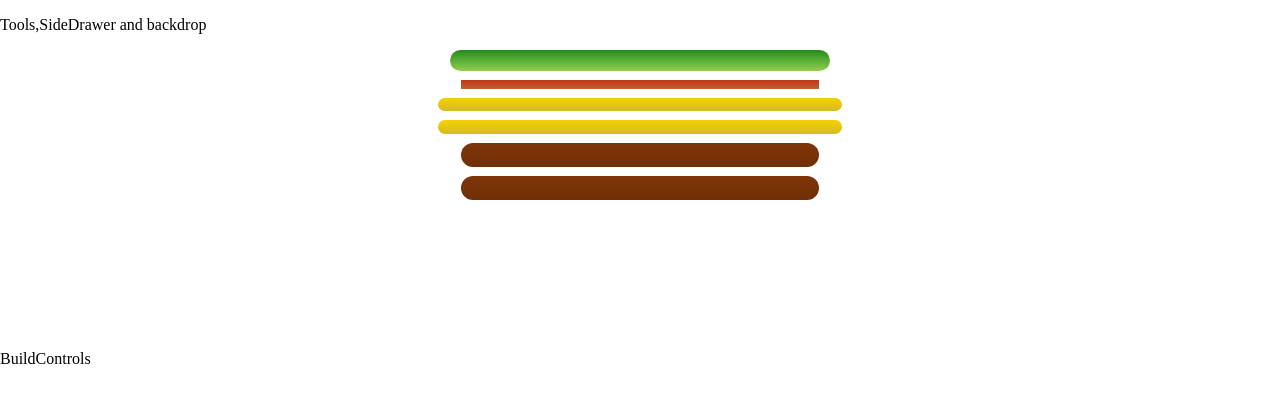
Repository: PiyushRajmsit/React-Burger-Building-App
Page: /
An editor plug-in stored every save of this project. The page is shown before and after the next save, followed by the edit.
The browser window is 1280 px wide. The pictures show the whole page.
The project was rebuilt for these pictures with package versions that can differ from the ones it lists, and the page was loaded fresh each time. Also part of the build but not shown: src/App.module.css.

Above is the page before, as saved 2020-06-07 04:28:26.

After the next save:
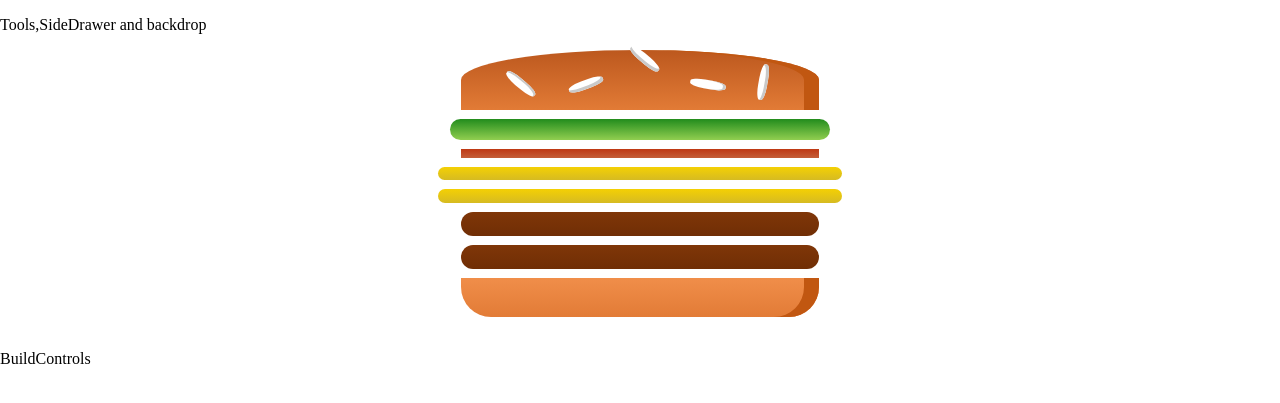
Saved 2 min 16 s later.
--- a/src/components/Burger/Burger.js
+++ b/src/components/Burger/Burger.js
@@ -12,7 +12,9 @@ const burger = (props) =>{
 
     return(
         <div className={Styles.Burger}>
+            <BurgerIngredient type="bread-top"/>
             {transformedIngriedients}
+            <BurgerIngredient type="bread-bottom"/>
         </div>
     );
 
